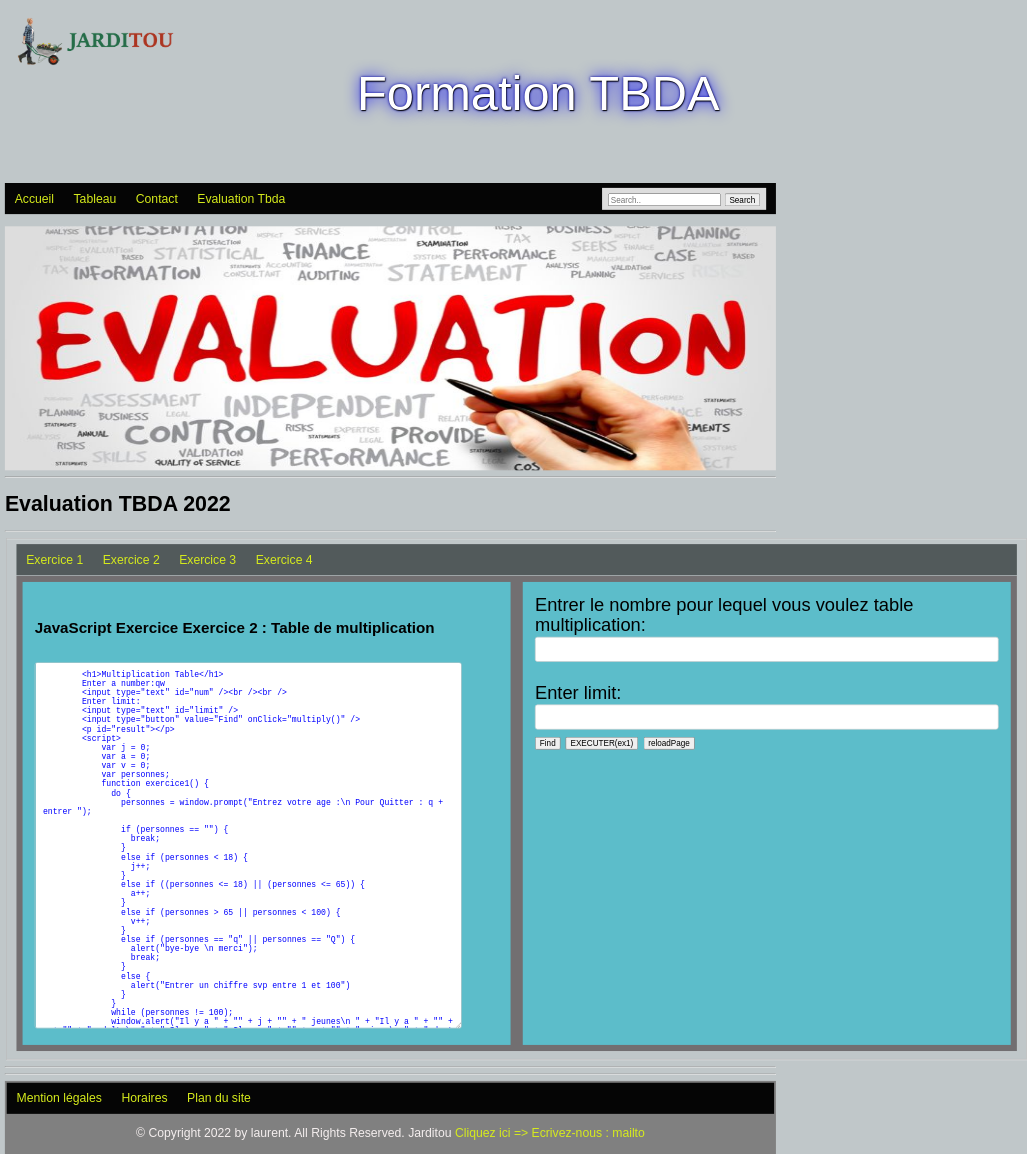
Repository: laurentbul/jarditou
Page: javascript/EvaluationTbda/ex1.html
These files come from the project's save history. The page is drawn as it stood at one moment and after the next save; the edit follows.
The browser window is 1280 px wide. The page is 1684 px wide, so the pictures cover 1684 px, including what lies to the right of the window. The pictures show the whole page, at 61% of full size.
An inner scrolling area shows only its first screen.

Above is the page before, as saved 2022-12-15 04:22:48.

### javascript/EvaluationTbda/ex1.html
<!DOCTYPE html>
<html lang="fr">

<head>
    <meta charset="UTF-8">
    <meta http-equiv="X-UA-Compatible" content="IE=edge">
    <meta name="viewport" content="width=device-width, initial-scale=1.0">
    <title>cours exercices HTML</title>
    <link rel="stylesheet" href="../assets/css/style.css" />
    <style>
        .flex-container2 {
            display: flex;
            background-color: rgb(114, 111, 113);
            justify-content: center;
        }

        .flex-container2>div {
            background-color: #5cbdca;
            margin: 10px;
            padding: 20px;
            font-size: 30px;
            width: 800px;
        }
    </style>
</head>

<body>
    <div class="flex-container">
        <div class="logo"><img src="../assets/img/jarditou_logo.png" alt="jarditou logo" title="jarditou logo"
                height="80" />
        </div>
        <div>
            <p class="slogan">Formation TBDA </p>
        </div>
    </div>
    <nav>
        <ul>
            <li><a href="../index.html">Accueil</a></li>
            <li><a href="../table.html">Tableau</a></li>
            <li><a href="../contact.html">Contact</a></li>
            <li><a href="../EvaluationTbda/evaluation_tbda.html">Evaluation Tbda</a></li>
            <li class="search-container">
                <div>
                    <form action="/action_page.php">
                        <input type="text" class="searchinput" placeholder="Search.." name="search" />
                        <button type="submit">Search</button>
                    </form>
                </div>
            </li>
        </ul>
    </nav>
    <img src="../assets/img/evaluation2.jpg" width="500" height="400" alt="qu'est ce que html" class="imgpromotion"
        title="promotion jarditou" />
    <hr />
    <h1>Evaluation TBDA 2022</h1>
    <hr>
    <fieldset>
        <nav style="padding:1px 0; font-size:20px;">
            <ul style="background-color: #525a5b;">
                <li><a href="eval_ex1.html">Exercice 1 </a></li>
                <li><a href="eval_ex2.html">Exercice 2 </a></li>
                <li><a href="eval_ex3.html">Exercice 3</a></li>
                <li><a href="eval_ex4.html">Exercice 4</a></li>
            </ul>
        </nav>
        <div class="flex-container2">
            <div id="code">
                <h5>JavaScript Exercice Exercice 2 : Table de multiplication</h5>
                <textarea style="height: 600px;width: 700px; color: blue;">
        <h1>Multiplication Table</h1>
        Enter a number:qw
        <input type="text" id="num" /><br /><br />
        Enter limit:
        <input type="text" id="limit" />
        <input type="button" value="Find" onClick="multiply()" />
        <p id="result"></p>
        <script>
            var j = 0;
            var a = 0;
            var v = 0;
            var personnes;
            function exercice1() {
              do {
                personnes = window.prompt("Entrez votre age :\n Pour Quitter : q + entrer ");

                if (personnes == "") {
                  break;
                }
                else if (personnes < 18) {
                  j++;
                }
                else if ((personnes <= 18) || (personnes <= 65)) {
                  a++;
                }
                else if (personnes > 65 || personnes < 100) {
                  v++;
                }
                else if (personnes == "q" || personnes == "Q") {
                  alert("bye-bye \n merci");
                  break;
                }
                else {
                  alert("Entrer un chiffre svp entre 1 et 100")
                }
              }
              while (personnes != 100);
              window.alert("Il y a " + "" + j + "" + " jeunes\n " + "Il y a " + "" + a + "" + " adulte\n " + " Il y a " + " Il y a " + "" + v + "" + " vieux\n " + " dont " + " 1 " + "" + " centenaire ");
              document.getElementById("ex1").innerHTML = "Il y a " + "" + j + "" + " jeunes\n " + "Il y a " + "" + a + "" + " adulte\n " + " Il y a " + " Il y a " + "" + v + "" + " vieux\n " + " dont " + " 1 " + "" + " centenaire ";
              //document.write("Il y a " + "" + j + "" + " jeunes\n " + "Il y a " + "" + a + "" + " adulte\n " + " Il y a " + " Il y a " + "" + v + "" +" vieux\n " + " dont "+ " 1 " + "" + " centenaire ");
            }
            function myFunction() {
              location.reload();
            }
            function reset() {
              document.getElementById("myForm").reset();
            }
          </script>
    </textarea>
            </div>
            <div id="ex1">
                <div>
                    Entrer le nombre pour lequel vous voulez table multiplication:
                    <input type="text" id="num" /><br /><br />
                    Enter limit:
                    <input type="text" id="limit" />
                    <input type="button" value="Find" onClick="multiply()" />
                    <input type="button" onclick="multiply() " value="EXECUTER(ex1)">
                    <input type="button" onclick="myFunction()" value="reloadPage">
                    <p id="result"></p>
                </div>
            </div>
        </div>
    </fieldset>
    <hr>
    <script>
        var j = 0;
        var a = 0;
        var v = 0;
        var personnes;
        function exercice1() {
          do {
            personnes = window.prompt("Entrez votre age :\n Pour Quitter : q + entrer ");

            if (personnes == "") {
              break;
            }
            else if (personnes < 18) {
              j++;
            }
            else if ((personnes <= 18) || (personnes <= 65)) {
              a++;
            }
            else if (personnes > 65 || personnes < 100) {
              v++;
            }
            else if (personnes == "q" || personnes == "Q") {
              alert("bye-bye \n merci");
              break;
            }
            else {
              alert("Entrer un chiffre svp entre 1 et 100")
            }
          }
          while (personnes != 100);
          window.alert("Il y a " + "" + j + "" + " jeunes\n " + "Il y a " + "" + a + "" + " adulte\n " + " Il y a " + " Il y a " + "" + v + "" + " vieux\n " + " dont " + " 1 " + "" + " centenaire ");
          document.getElementById("ex1").innerHTML = "Il y a " + "" + j + "" + " jeunes\n " + "Il y a " + "" + a + "" + " adulte\n " + " Il y a " + " Il y a " + "" + v + "" + " vieux\n " + " dont " + " 1 " + "" + " centenaire ";
          //document.write("Il y a " + "" + j + "" + " jeunes\n " + "Il y a " + "" + a + "" + " adulte\n " + " Il y a " + " Il y a " + "" + v + "" +" vieux\n " + " dont "+ " 1 " + "" + " centenaire ");
        }
        function myFunction() {
          location.reload();
        }
        function reset() {
          document.getElementById("myForm").reset();
        }
      </script>
    <hr>
    <footer>
        <nav>
            <ul>
                <li><a href="mentionlegale.html">Mention légales</a></li>
                <li><a href="horaire.html">Horaires</a></li>
                <li><a href="plandusite.html">Plan du site</a></li>
            </ul>
        </nav>
        <p style="color: rgb(244, 238, 238);">
            &copy; Copyright 2022 by laurent. All Rights Reserved. Jarditou
            <a href="mailto:dave.loper@afpa.fr" title="Nous contacter">
                Cliquez ici => Ecrivez-nous : mailto
            </a>
        </p>
    </footer>
</body>

</html>

### javascript/assets/css/style.css
body {
  font-family: Arial, Helvetica, sans-serif;
  padding: 0px;
  background-color: rgb(192, 199, 201);
  font-size: 20px;
  height: 1500px;
}
h1{font-size: 35px;
}
h2{font-size: 20px;
}
.flex-container {
  display: flex;
}

.flex-container>div {
  padding: 20px;
}

.jarditou_logo {
  height: 80px;
}

.slogan {
  color: white;
  text-shadow: 1px 1px 2px black, 0 0 25px blue, 0 0 5px darkblue;
  font-size: 40px;
  margin-left: 250px;
  font-size: 80px;
}

ul {
  list-style-type: none;
  margin: 0;
  padding: 0;
  overflow: hidden;
  background-color: rgb(5, 5, 5);
}

li {
  float: left;
}

li a {
  display: block;
  color: white;
  text-align: center;
  padding: 14px 16px;
  text-decoration: none;
}

li a:hover:not(.active) {
  background-color: rgb(240, 10, 10);
}

.active {
  background-color: #4caf50;
}

a:link {
  color: rgb(214, 235, 28);
  background-color: transparent;
  text-decoration: none;
}

ul.a {

  background-color: rgb(179, 167, 167);

  color:rgb(42, 226, 211);

}


aside {
  width: 30%;
  height: 25%px;
  padding-left: 15px;
  float: right;
  font-style: italic;
  background-color: lightgray;
  margin-right: 60px;
  /*display:none */ /*===========correction =======================*/
}



.imgpromotion {
  display: block;
  margin-top: 20px;
  margin-left: auto;
  margin-right: auto;
  width: 100%;
}


footer {
  text-align: center;
  padding: 3px;
  background-color: gray;
  color: white;
}


.search-container {
  float: right;
  padding: 6px 10px;
  margin-top: 8px;
  margin-right: 16px;
  background: #ddd;
  font-size: 20px;
  border: none;
  cursor: pointer;
}


* {
  box-sizing: border-box;
}

input[type=text]:not(.searchinput),
select,
textarea {
  width: 100%;
  padding: 12px;
  border: 1px solid #ccc;
  border-radius: 4px;
  resize: vertical;
}



input[type=submit] {
  display: block;
  margin: 0px;
  width: 100%;
  padding: 12px;
  background-color: rgb(211, 211, 212);
}


input[type=submit]:hover {
  background-color: #d6c82f;
}

.container {
  border-radius: 5px;
  background-color: #af1818;
  padding: 20px;
}

#pays {
  font-size: 20px;
}

#birthday {
  font-size: 20px;
}

table {
  margin-bottom: 50px;
  margin-left: 100px;
}


th,
td {
  border: 1px solid black;
  border-collapse: collapse;
  margin-left: 100px;
  margin-bottom: 10px;
  background-color: #3f3324;
}

th {
  background-color: gray;
}

tr {
  color: azure;
}

table {
  width: 50%;
}

.btncontact {
  height: 45px;
  width: 200px;
  background-color: hsl(127, 4%, 46%);
  font-size: 20px;
  margin-left: 100px;
}

.btncontact:hover {
  background-color: #6ab0d8;
  color: white;
}

/* Responsive layout - when the screen is less than 768px wide, make the two columns stack on top of each other instead of next to each other */
@media screen and (max-width: 768px) {

  body {

    background-color: lavender;
    font-size: 14px;
  }


  .flex-container {
    display: flex;
  }

  .flex-container>div {
    padding: 0px;

  }

  .jarditou_logo {
    height: 80px;
  }

  .slogan {
    color: white;
    text-shadow: 1px 1px 2px black, 0 0 25px blue, 0 0 5px darkblue;
    margin-left: 0px;
    font-size: 40px;
  }

  ul {
    list-style-type: none;
    background-color: #367791;
    width: 768px;
  }

  li {
    background-color: rgb(10, 10, 10);
    display: flex;
    justify-content: center;
    width: 768px;
  }

  li a:hover:not(.active) {
    background-color: rgb(240, 10, 10);
  }

  aside{
    visibility: hidden;
}


}

.error{
  color: rgb(197, 22, 22);
}

After the next save:
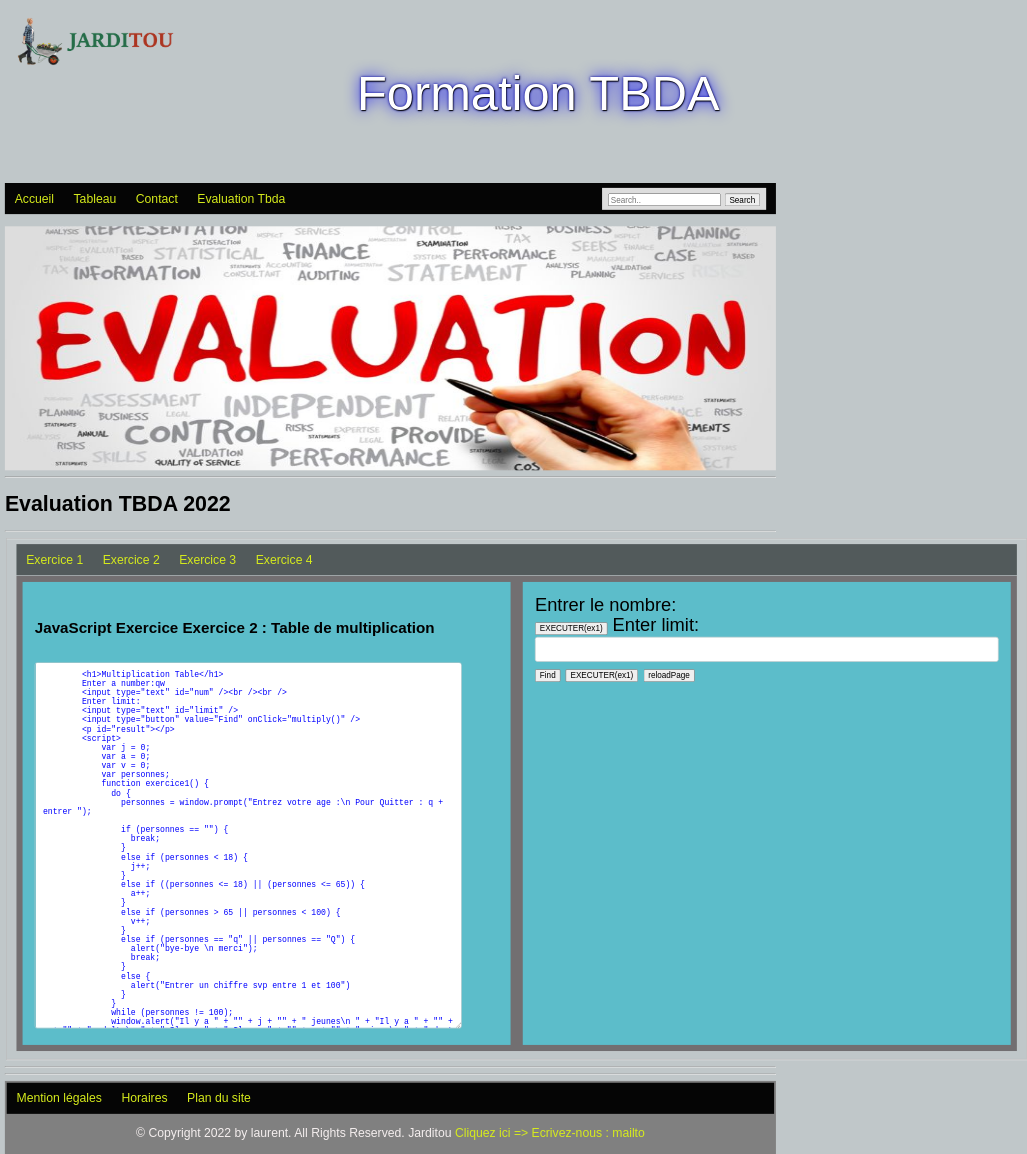
Saved 107 s later.
--- a/javascript/EvaluationTbda/ex1.html
+++ b/javascript/EvaluationTbda/ex1.html
@@ -119,8 +119,8 @@
             </div>
             <div id="ex1">
                 <div>
-                    Entrer le nombre pour lequel vous voulez table multiplication:
-                    <input type="text" id="num" /><br /><br />
+                    Entrer le nombre:
+                    <div><input type="button" onclick="exercice1()" value="EXECUTER(ex1)">
                     Enter limit:
                     <input type="text" id="limit" />
                     <input type="button" value="Find" onClick="multiply()" />
